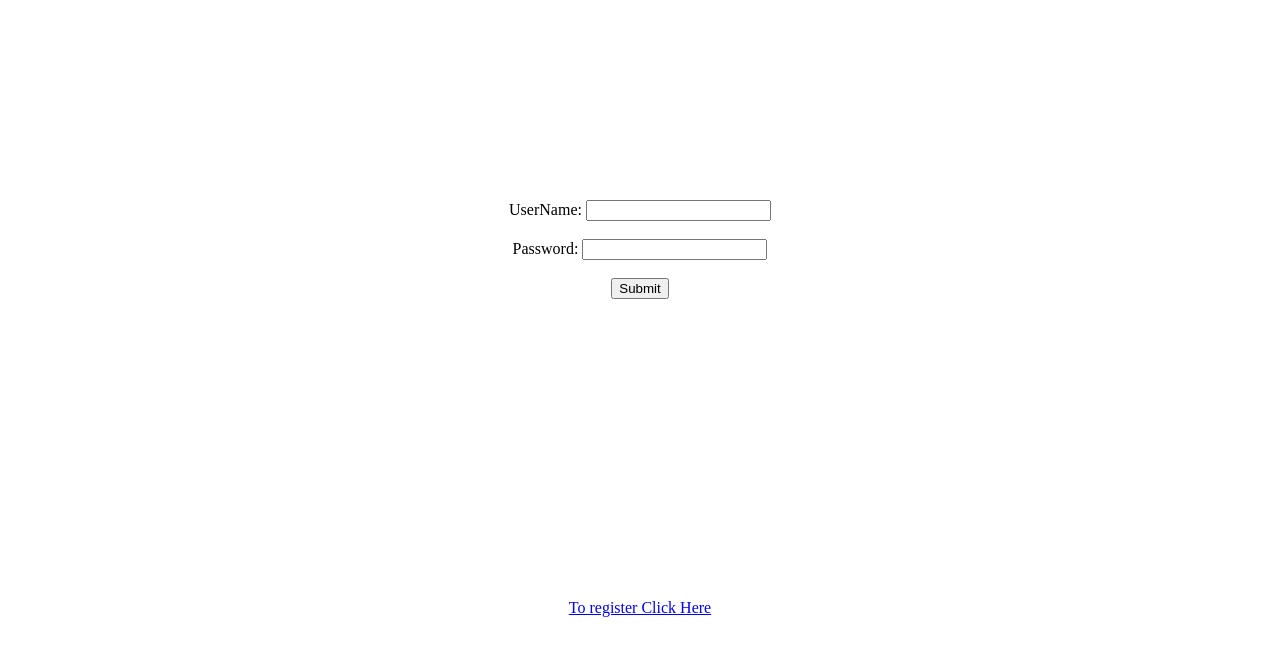
Repository: sunil965/JDBC-Servlet-JSP
Page: LoginForm/WebContent/index.html
An editor plug-in stored every save of this project. The page is shown before and after the next save, followed by the edit.
The browser window is 1280 px wide. The pictures show the whole page.

Above is the page before, as saved 2017-04-28 06:42:39.

### LoginForm/WebContent/index.html
<!DOCTYPE html>
<html>
<head>
<meta charset="UTF-8">
<title>Insert title here</title>

<style>
form {
 margin: 200px 400px 300px 400px;
 paddind: 50px 40px 50px 40px;
}
</style>
</head>
<body>
<div align="center">
<form action="loginServlet">
	UserName: <input type="text"><br><br>
	Password: <input type="password"><br><br>
	<input type="submit" name="Login">
</form>
<a href="Register.html">To register Click Here</a>
</div>
</body>
</html>

After the next save:
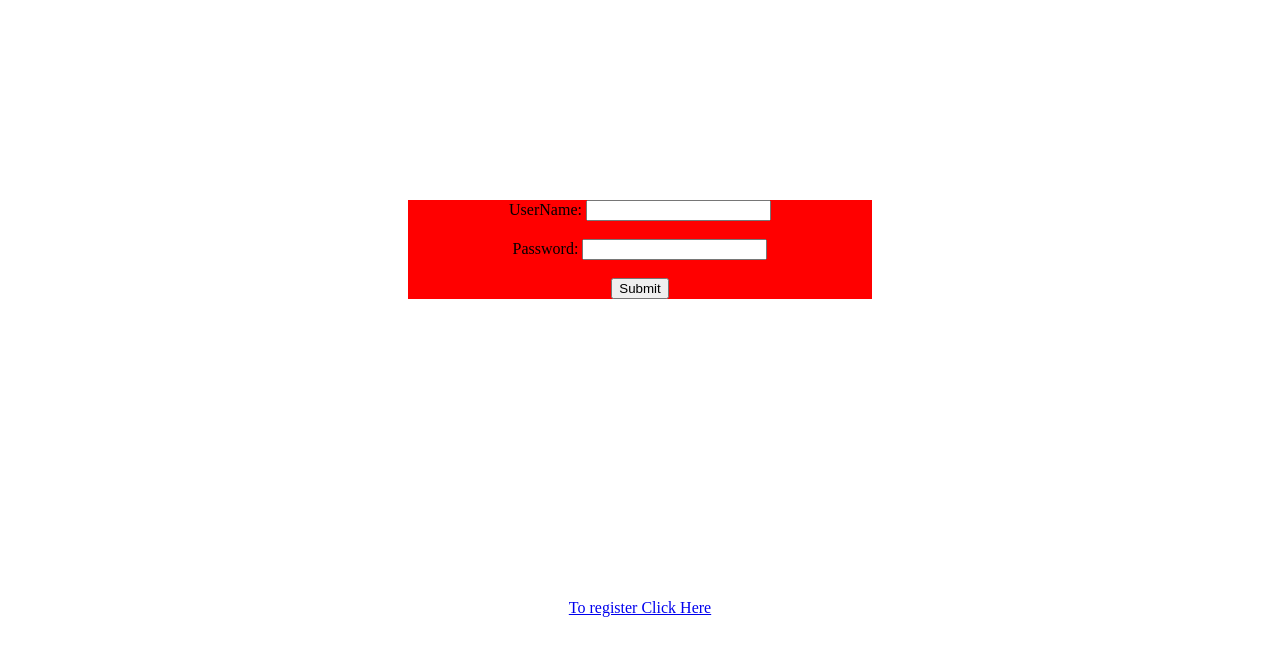
Saved 53 s later.
--- a/LoginForm/WebContent/index.html
+++ b/LoginForm/WebContent/index.html
@@ -6,6 +6,7 @@
 
 <style>
 form {
+background-color: red;
  margin: 200px 400px 300px 400px;
  paddind: 50px 40px 50px 40px;
 }
